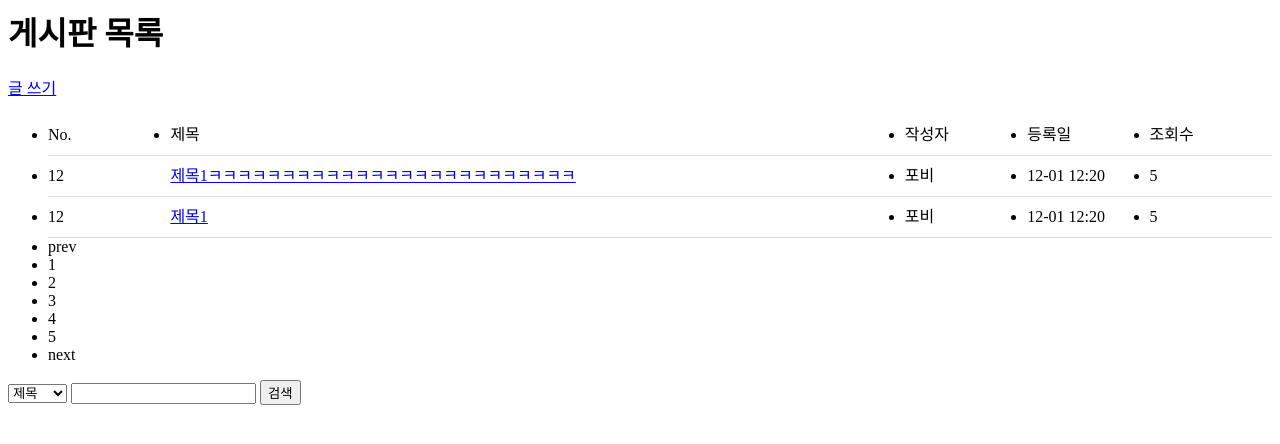
Repository: smg1024/StudySpring
Page: http://localhost/webSpringTest/WEB-INF/views/board/boardList.jsp
The author's editor kept a copy of each file at every save. The page is drawn from the files as they stood at one save, then again after the next save.
The browser window is 1280 px wide. The pictures show the whole page.
The page is served by Tomcat 9. Nobody is signed in. Other server files are loaded and not shown. The template is opened directly, without the code that normally fills it, so the values that code supplies are empty.

Above is the page before, as saved 2022-12-14 01:26:33.

### webSpringTest/src/main/webapp/WEB-INF/views/board/boardList.jsp
<%@ page language="java" contentType="text/html; charset=UTF-8"
    pageEncoding="UTF-8"%>
<%@ taglib uri="http://java.sun.com/jsp/jstl/core" prefix="c" %>
<link rel="stylesheet" href="/myapp/js_css/board.css" type="text/css">
<title>게시판 목록</title>
<div class="container">
	<h1>게시판 목록</h1>
	<div>
		<a href="/myapp/board/boardPost">글 쓰기</a>
	</div>
	<ul class="boardList">
		<li>No.</li>
		<li>제목</li>
		<li>작성자</li>
		<li>등록일</li>
		<li>조회수</li>

		<li>12</li>
		<li class="word-cut"><a href="/myapp/board/boardView?postno=#">제목1ㅋㅋㅋㅋㅋㅋㅋㅋㅋㅋㅋㅋㅋㅋㅋㅋㅋㅋㅋㅋㅋㅋㅋㅋㅋ</a></li>
		<li>포비</li>
		<li>12-01 12:20</li>
		<li>5</li>

		<li>12</li>
		<li class="word-cut"><a href="/myapp/board/boardView?postno=#">제목1</a></li>
		<li>포비</li>
		<li>12-01 12:20</li>
		<li>5</li>
	</ul>
	<!-- 페이지 처리 -->
	<div>
		<ul>
			<li>prev</li>
			<li>1</li>
			<li>2</li>
			<li>3</li>
			<li>4</li>
			<li>5</li>
			<li>next</li>
		</ul>
	</div>
	<!-- 검색 기능 -->
	<div>
		<form action="/myapp/board/boardList">
			<select name="searchKey">
				<option>제목</option>
				<option>내용</option>
				<option>작성자</option>
			</select>
			<input type="text" name="searchValue" id="searchValue">
			<input type="submit" value="검색">
		</form>
	</div>
</div>

### webSpringTest/src/main/webapp/js_css/board.css
@charset "UTF-8";
/* 말 줄임 : 칸 넘어가면 ... */
.word-cut{
	white-space:nowrap;
	overflow:hidden;
	text-overflow:ellipsis;
}

/* 게시판 목록 */
.boardList>li{
	float:left;
	height:40px;
	line-height:40px;
	width:10%;
	border-bottom:1px solid #ddd;
}
.boardList>li:nth-child(5n+2) {
	width:60%;
}

After the next save:
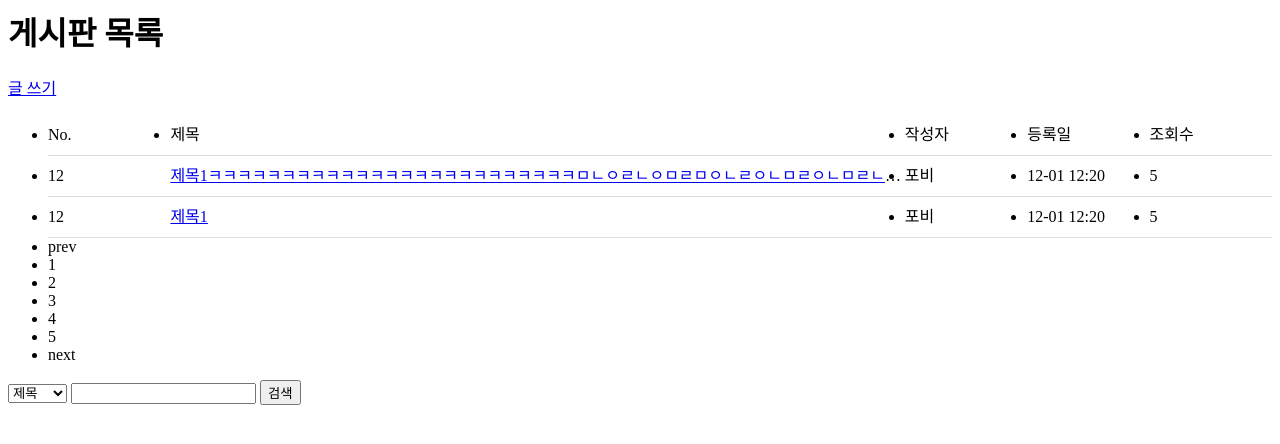
Saved 13 s later.
--- a/webSpringTest/src/main/webapp/WEB-INF/views/board/boardList.jsp
+++ b/webSpringTest/src/main/webapp/WEB-INF/views/board/boardList.jsp
@@ -16,7 +16,7 @@
 		<li>조회수</li>
 
 		<li>12</li>
-		<li class="word-cut"><a href="/myapp/board/boardView?postno=#">제목1ㅋㅋㅋㅋㅋㅋㅋㅋㅋㅋㅋㅋㅋㅋㅋㅋㅋㅋㅋㅋㅋㅋㅋㅋㅋ</a></li>
+		<li class="word-cut"><a href="/myapp/board/boardView?postno=#">제목1ㅋㅋㅋㅋㅋㅋㅋㅋㅋㅋㅋㅋㅋㅋㅋㅋㅋㅋㅋㅋㅋㅋㅋㅋㅋㅁㄴㅇㄹㄴㅇㅁㄹㅁㅇㄴㄹㅇㄴㅁㄹㅇㄴㅁㄹㄴㅇㅁㄴㅇㄹㅁㄹㄴㅇㅁㄹㄴㅇㅁㄴㅇㄹㅁㄴㅇㄹㅁㄴㅇㄹㅁㄹㅇ</a></li>
 		<li>포비</li>
 		<li>12-01 12:20</li>
 		<li>5</li>
